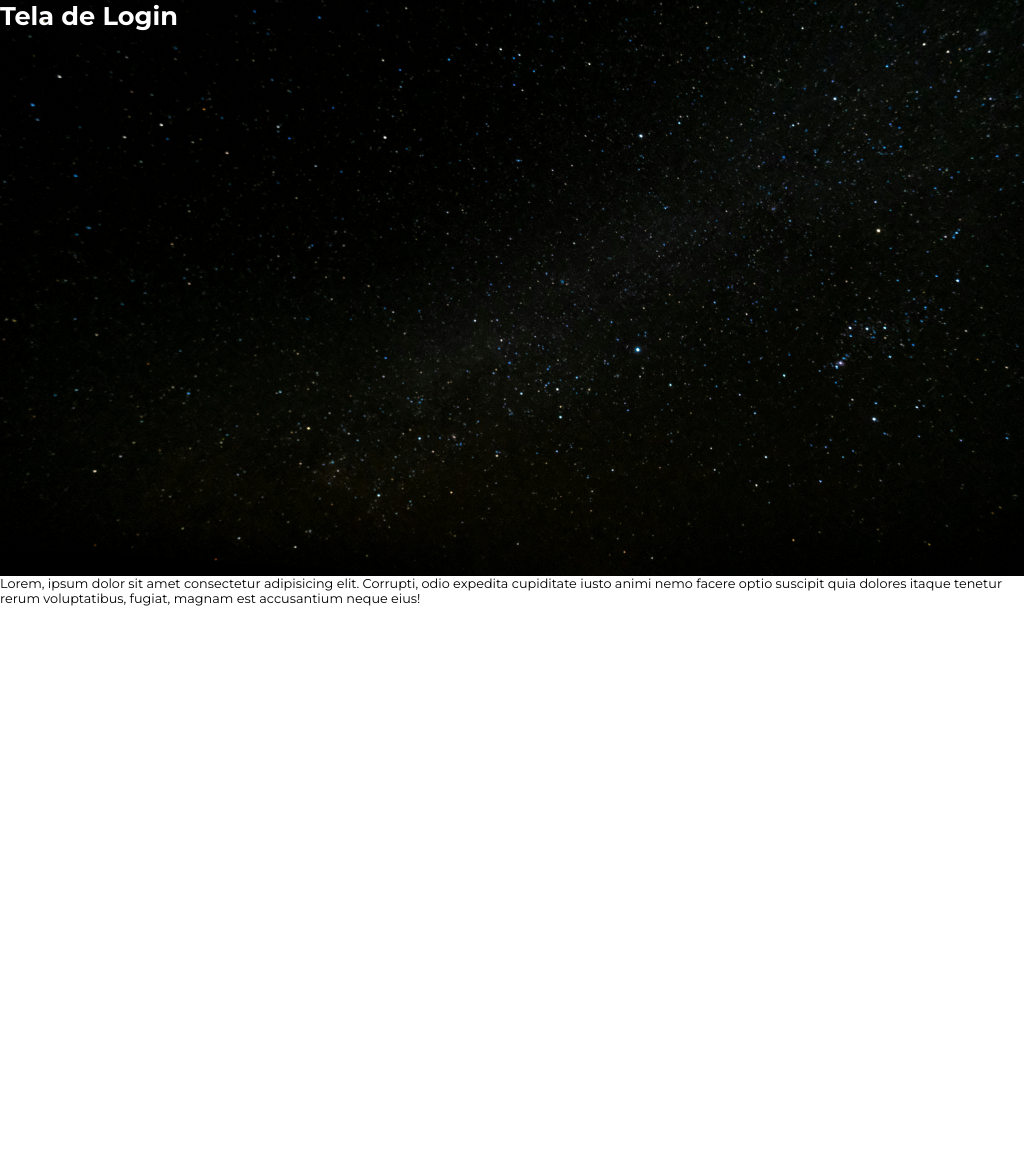
Repository: joao-paulo-paiva/tela-login
Page: index.html
The author's editor kept a copy of each file at every save. The page is drawn from the files as they stood at one save, then again after the next save.
The browser window is 1280 px wide. The pictures show the whole page, at 80% of full size.

Above is the page before, as saved 2025-04-15 10:29:30.

After the next save:
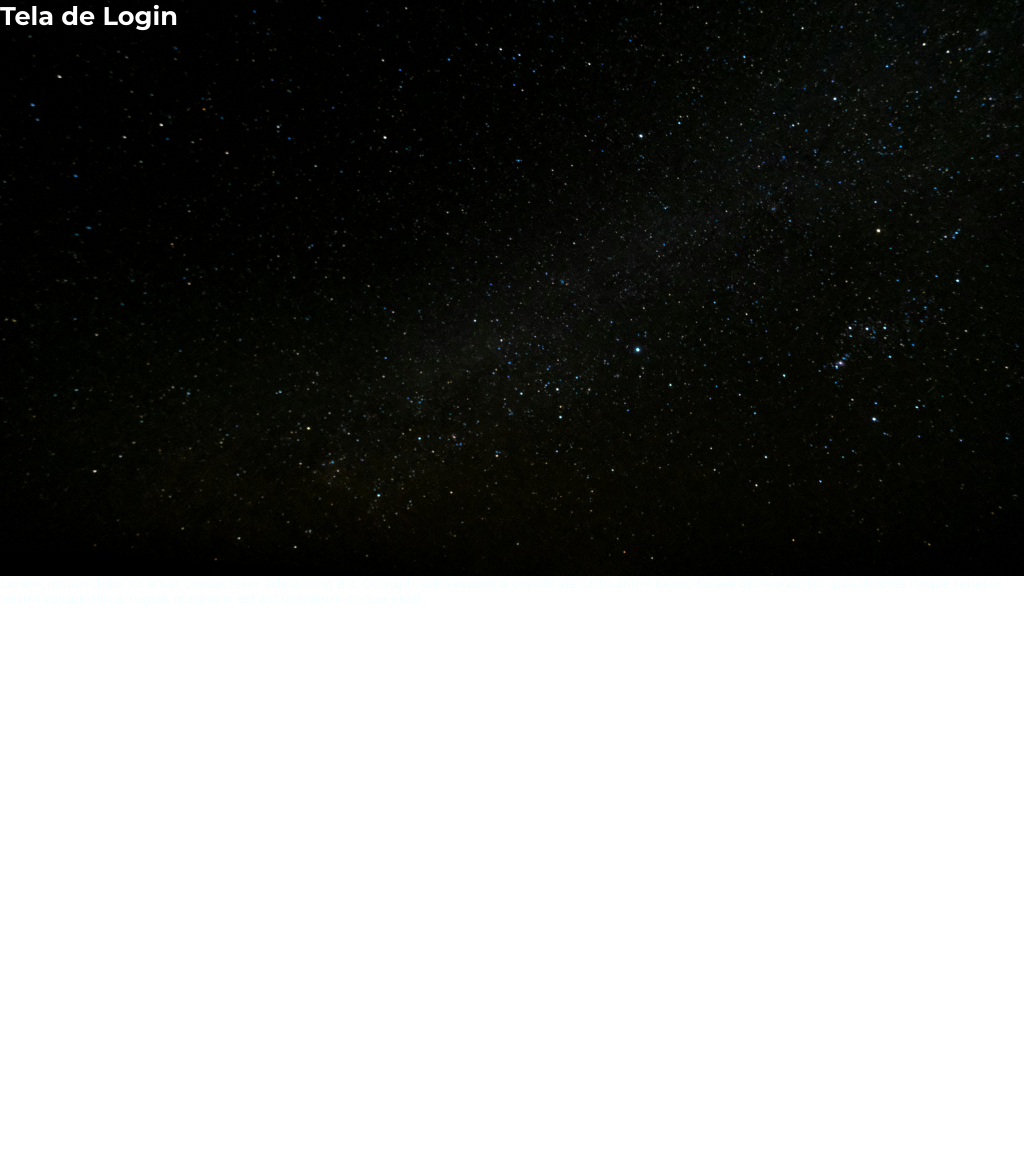
Saved 4 s later.
--- a/style.css
+++ b/style.css
@@ -19,5 +19,5 @@
 }
 
 p{
-    color: ;
+    color: azure;
 }

After the 2 saves that followed:
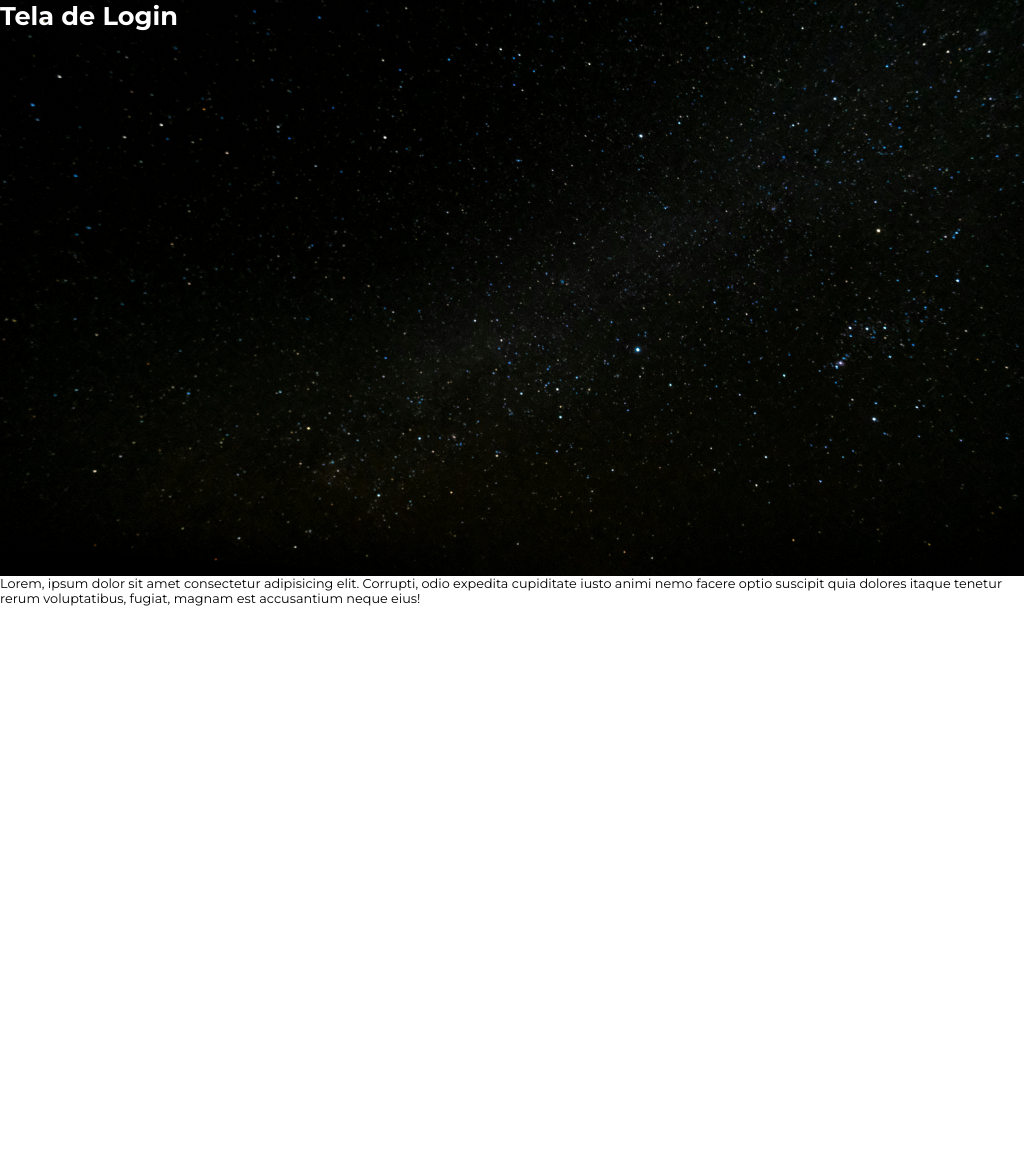
The 2 saves are shown as one change because 1 left the picture as it was.
The last was saved 92 s later.
--- a/style.css
+++ b/style.css
@@ -12,12 +12,10 @@
     background-size: cover;
     background-position: center;
     background-repeat: no-repeat;
+    height: 100vh;
+    width: 100%;
 }
 
 h1{
     color: white;
 }
-
-p{
-    color: azure;
-}
